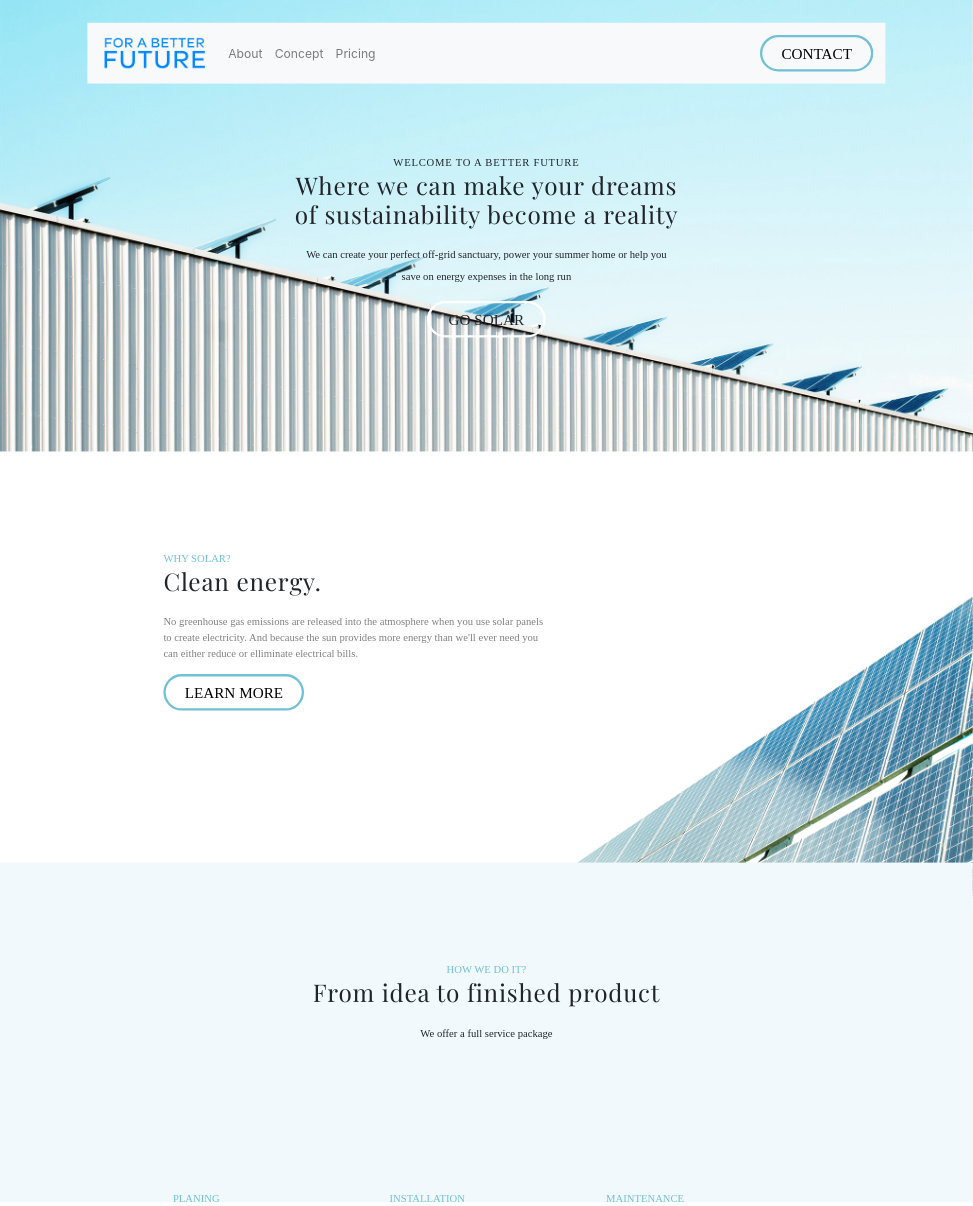
Repository: sabinemm/fabf
Page: index.html
The author's editor kept a record of every edit. The page is drawn from the files as they stood at one moment, then again after the next edit.
The browser window is 1280 px wide. The pictures show the whole page, at 76% of full size.
Backgrounds fixed to the window are drawn as part of the page. Some web fonts or font styles are not loaded; a fallback is used.

Above is the page before.

### index.html
<!DOCTYPE html>
<html lang="en">

<head>
    <meta charset="UTF-8">
    <meta name="viewport" content="width=device-width, initial-scale=1.0">
    <meta http-equiv="X-UA-Compatible" content="ie=edge">
    <link rel="stylesheet" href="style.css" type="text/css" />
    <link rel="stylesheet" href="https://stackpath.bootstrapcdn.com/bootstrap/4.3.1/css/bootstrap.min.css" integrity="sha384-ggOyR0iXCbMQv3Xipma34MD+dH/1fQ784/j6cY/iJTQUOhcWr7x9JvoRxT2MZw1T" crossorigin="anonymous">
    <link rel="stylesheet" media="screen" href="https://fontlibrary.org/face/roundo" type="text/css" />
    <link rel="stylesheet" media="screen" href="https://fontlibrary.org/face/source-sans-pro" type="text/css" />
    <link href="https://fonts.googleapis.com/css?family=Playfair+Display&display=swap" rel="stylesheet">
    <title>FOR A BETTER FUTURE</title>
</head>

<body>

    <!–-----– NAVBAR ------->

    <div class="container">
        <nav class="navbar navbar-fixed-top navbar-expand-lg navbar-light bg-light">
            <a class="navbar-brand" href="#">
          <img src="img/logo.svg" height="50px"alt="logo">
        </a>
            <button class="navbar-toggler" type="button" data-toggle="collapse" data-target="#navbarText" aria-controls="navbarText" aria-expanded="false" aria-label="Toggle navigation">
    <span class="navbar-toggler-icon"></span>
  </button>
            <div class="collapse navbar-collapse justify-content-center" id="navbarText">
                <ul class="navbar-nav mr-auto">
                    <li class="nav-item">
                        <a class="nav-link" href="#">About</a>
                    </li>
                    <li class="nav-item">
                        <a class="nav-link" href="#">Concept</a>
                    </li>
                    <li class="nav-item">
                        <a class="nav-link" href="#">Pricing</a>
                    </li>
                </ul>
                <span class="navbar-text">
          <button type="button" class="btn btn-blue-border">CONTACT</button>
    </span>
            </div>
        </nav>
    </div>

    <!–-----– FIRST SECTION ------->

    <section id="parallax">
        <div class="container">
            <div class="ltitle text-center">
                <p class="uppercase stitle">WELCOME TO A BETTER FUTURE</p>
                <h2> Where we can make your dreams <br> of sustainability become a reality </h2>
                <p class="tparagraph"> We can create your perfect off-grid sanctuary, power your summer home or help you <br> save on energy expenses in the long run</p>
                <button type="button" class="btn  btn-transp-white-border">GO SOLAR</button>
            </div>
        </div>
    </section>

    <!–-----– SECOND SECTION ------->

    <section id="clean">
        <div class="container container-fluid section-2">
            <div class="row">
                <div class="col col-md-6">
                    <p class="uppercase stitle stitle-blue">WHY SOLAR?</p>
                    <h2 class="ltitle ltitle2"> Clean energy.</h2>
                    <p class="tparagraph tparagraph2"> No greenhouse gas emissions are released into the atmosphere when you use solar panels to create electricity. And because the sun provides more energy than we'll ever need you can either reduce or elliminate electrical bills. </p>
                    <button type="button" class="btn btn-blue-border">LEARN MORE</button>

                </div>
            </div>

            <div class="container">
                <div class="col col-md-6 offset-md-6">
                    <img src="img/sidepanel.png" class="sidepanel"></img>
                </div>
            </div>
        </div>

    </section>

    <!–-----– THIRD SECTION ------->

    <section id="idea">
        <div class="idea-title text-center">
            <p class="uppercase stitle stitle-blue">HOW WE DO IT?</p>
            <h2 class="ltitle ltitle2"> From idea to finished product</h2>
            <p class="tparagraph">We offer a full service package</p>

        </div>
        <div class="container idea-table">
            <div class="row justify-content-center">
                <div class=" col-3">
                     <p class="uppercase stitle stitle-blue">PLANING</p>
                </div>
                <div class="col-3">
                     <p class="uppercase stitle stitle-blue">INSTALLATION</p>
                </div>
                <div class="col-3 col-md-4 col-sm-6 col-lg-3">
                     <p class="uppercase stitle stitle-blue">MAINTENANCE</p>
                </div>
            </div>

        </div>

    </section>

</body>

</html>

### style.css

/*-------------------navbar------------------*/

.navbar {
    margin-top: 30px;
    margin-left: 30px;
    margin-right: 30px;

}

@media (max-width:536px) {
    .navbar {
        margin-top: 15px;
        margin-left: 10px;
        margin-right: 10px;
    }
}

/*-------------------Buttons------------------*/

.btn-transp-white-border,
.btn-transp-white-border:hover,
.btn-transp-white-border:active,
.btn-transp-white-border:visited,
.btn-transp-white-border:active:focus,
.btn-transp-white-border:focus {
    background-color: rgba(0, 0, 0, 0);
    border: solid 3px white !important;
    border-radius: 30px !important;
    color: white;
    text-align: center;
    text-decoration: none;
    display: inline-block;
    font-size: 20px !important;
    font-family: 'SourceSansProRegular';
    padding-left: 25px !important;
    padding-right: 25px !important;
}


.btn-transp-white-border:hover {
    background-color: rgba(255, 255, 255, 0.5);
    padding-left: 25px;
    padding-right: 25px;
}


.btn-blue-border,
.btn-blue-border:hover,
.btn-blue-border:active,
.btn-blue-border:visited,
.btn-blue-border:active:focus,
.btn-blue-border:focus {
    background-color: rgba(0, 0, 0, 0) !important;
    border: solid 3px rgb(112, 192, 214) !important;
    border-radius: 30px !important;
    color: black !important;
    text-align: center;
    text-decoration: none;
    display: inline-block;
    font-size: 20px !important;
    font-family: 'SourceSansProRegular';
    padding-left: 25px !important;
    padding-right: 25px!important;
}

.btn-blue-border:hover {
    background-color: rgba(112, 192, 214, 0.5) !important;
    padding-left: 25px;
    padding-right: 25px;
}


/*-------------------SECTION 1 PAGE 1------------------*/

#parallax {
    background: url(img/1page1section.jpg);
    background-attachment: fixed;
    background-position: bottom;
    background-repeat: no-repeat;
    background-size: cover;
    margin-top: -110px;
}

@media (max-width:536px) {
    #parallax {
        margin-top: -110px;
    }
}

.stitle {
    font-size: 14px;
    font-family: 'RoundoRegular';
    font-weight: 500;
    font-style: normal;
    margin-bottom: -5px;
}

.ltitle {
    padding-top: 200px;
    font-family: 'Playfair Display';
    letter-spacing: 1px;
    line-height: 30px;
    padding-bottom: 150px;
}

@media (max-width:768px) {
    .ltitle {
        padding-top: 150px;
        padding-bottom: 100px;
    }
}

.tparagraph {
    padding-top: 10px;
    font-family: 'SourceSansProRegular';
    font-weight: normal;
    font-style: normal;
    font-size: 14px;
    letter-spacing: 0;
}

@media (max-width:768px) {
    br {
        display: none !important;
        visibility: hidden;
    }
}

/*-------------------SECTION 2 PAGE 1------------------*/
#clean {
    padding-left: 0;
}
@media (min-width:768px) {
#clean {
    padding-left: 200px;
}
}


.stitle-blue {
    color:rgb(112, 192, 214);
    padding-top: 70px;

}

@media (min-width:768px) {
    .stitle-blue {
        padding-top: 130px;
    }
}

.ltitle2 {
padding-top: 10px;
padding-bottom: 10px;
}

.tparagraph2 {
    color: gray;

}

.section-2 {
  padding-bottom: 100px;
}

.sidepanel {
position:relative;
float: right;
height:400px;
margin-top: -150px;
margin-right: -45px;
z-index: -1;
}

/*-------------------SECTION 3 PAGE 1------------------*/

#idea {
    background-color: rgb(242, 249,252);
}

.idea-title {;
    padding-bottom: 50px;
    margin-top: 100px;
}

After the next edit:
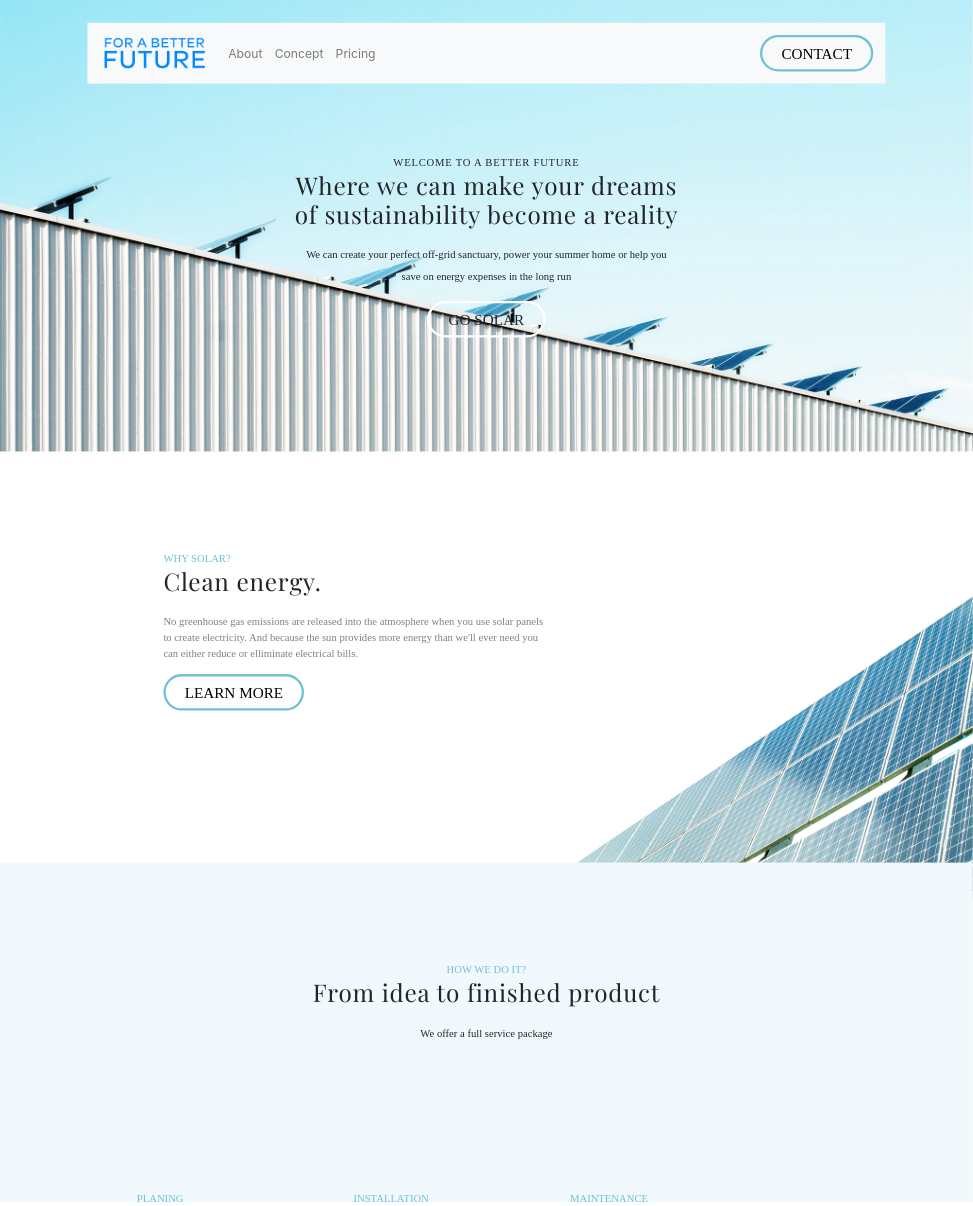
The edit:
--- a/index.html
+++ b/index.html
@@ -97,7 +97,7 @@
                 <div class="col-3">
                      <p class="uppercase stitle stitle-blue">INSTALLATION</p>
                 </div>
-                <div class="col-3 col-md-4 col-sm-6 col-lg-3">
+                <div class="col-sm-4 col-md-4">
                      <p class="uppercase stitle stitle-blue">MAINTENANCE</p>
                 </div>
             </div>
